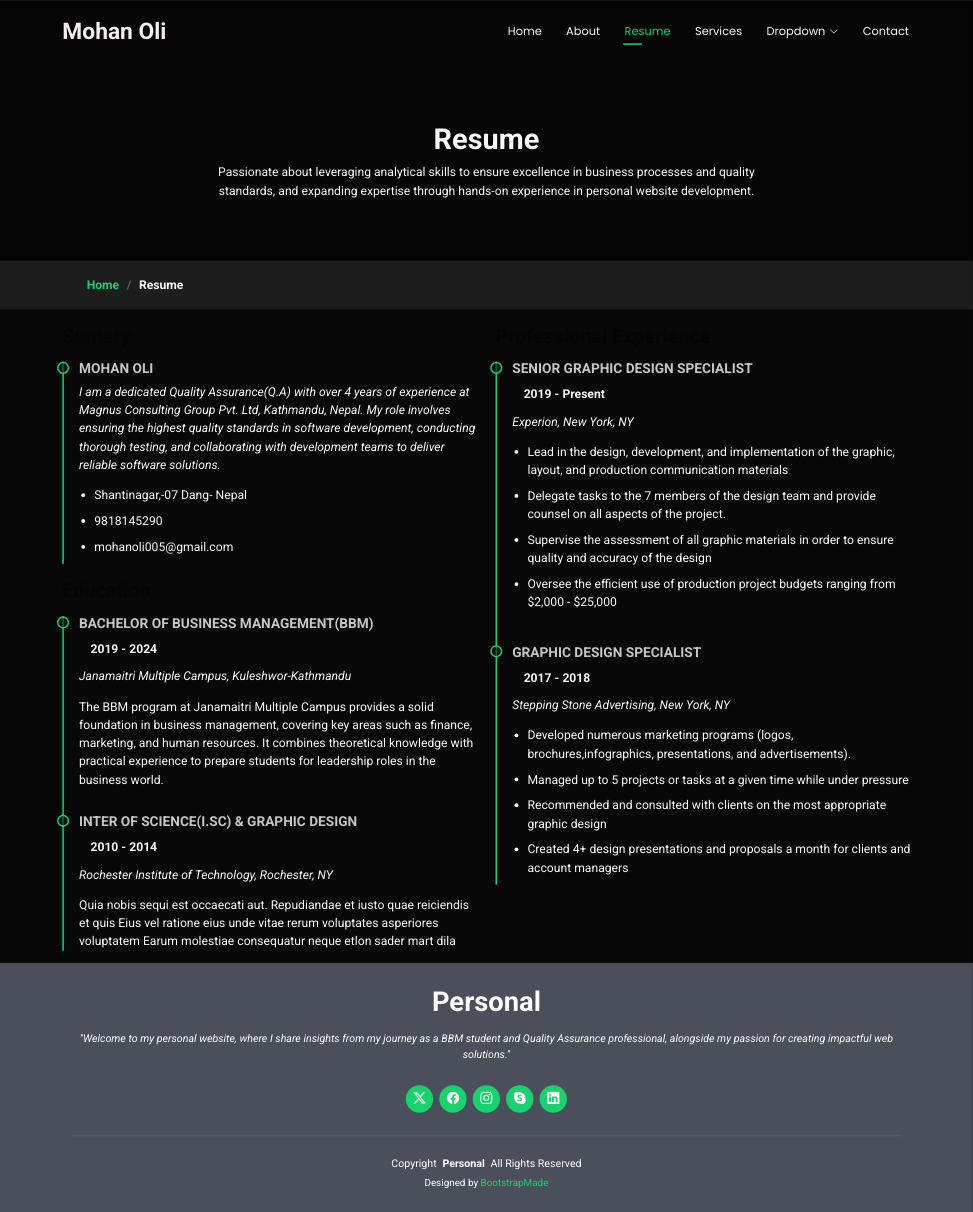
Repository: Mohanoli/mohan-git
Page: resume.html
These files come from the project's save history. The page is drawn as it stood at one moment and after the next save; the edit follows.
The browser window is 1280 px wide. The pictures show the whole page, at 76% of full size.

Above is the page before, as saved 2024-08-12 15:58:00.

### resume.html
<!DOCTYPE html>
<html lang="en">

<head>
  <meta charset="utf-8">
  <meta content="width=device-width, initial-scale=1.0" name="viewport">
  <title>olimohan.cpm.np</title>
  <meta name="description" content="">
  <meta name="keywords" content="">

  <!-- Favicons -->
  <link href="assets/img/favicon.png" rel="icon">
  <link href="assets/img/apple-touch-icon.png" rel="apple-touch-icon">

  <!-- Fonts -->
  <link href="https://fonts.googleapis.com" rel="preconnect">
  <link href="https://fonts.gstatic.com" rel="preconnect" crossorigin>
  <link href="https://fonts.googleapis.com/css2?family=Roboto:ital,wght@0,100;0,300;0,400;0,500;0,700;0,900;1,100;1,300;1,400;1,500;1,700;1,900&family=Poppins:ital,wght@0,100;0,200;0,300;0,400;0,500;0,600;0,700;0,800;0,900;1,100;1,200;1,300;1,400;1,500;1,600;1,700;1,800;1,900&family=Raleway:ital,wght@0,100;0,200;0,300;0,400;0,500;0,600;0,700;0,800;0,900;1,100;1,200;1,300;1,400;1,500;1,600;1,700;1,800;1,900&display=swap" rel="stylesheet">

  <!-- Vendor CSS Files -->
  <link href="assets/vendor/bootstrap/css/bootstrap.min.css" rel="stylesheet">
  <link href="assets/vendor/bootstrap-icons/bootstrap-icons.css" rel="stylesheet">
  <link href="assets/vendor/aos/aos.css" rel="stylesheet">
  <link href="assets/vendor/swiper/swiper-bundle.min.css" rel="stylesheet">
  <link href="assets/vendor/glightbox/css/glightbox.min.css" rel="stylesheet">

  <!-- Main CSS File -->
  <link href="assets/css/main.css" rel="stylesheet">

  <!-- =======================================================
  * Template Name: Personal
  * Template URL: https://bootstrapmade.com/personal-free-resume-bootstrap-template/
  * Updated: Aug 07 2024 with Bootstrap v5.3.3
  * Author: BootstrapMade.com
  * License: https://bootstrapmade.com/license/
  ======================================================== -->
</head>

<body class="resume-page">

  <header id="header" class="header d-flex align-items-center fixed-top">
    <div class="container-fluid container-xl position-relative d-flex align-items-center justify-content-between">

      <a href="index.html" class="logo d-flex align-items-center">
        <!-- Uncomment the line below if you also wish to use an image logo -->
        <!-- <img src="assets/img/logo.png" alt=""> -->
        <h1 class="sitename">Mohan Oli</h1>
      </a>

      <nav id="navmenu" class="navmenu">
        <ul>
          <li><a href="index.html">Home</a></li>
          <li><a href="about.html">About</a></li>
          <li><a href="resume.html" class="active">Resume</a></li>
          <li><a href="services.html">Services</a></li>

          <li class="dropdown"><a href="#"><span>Dropdown</span> <i class="bi bi-chevron-down toggle-dropdown"></i></a>
            <ul>
              <li><a href="#">Dropdown 1</a></li>
              <li class="dropdown"><a href="#"><span>Deep Dropdown</span> <i class="bi bi-chevron-down toggle-dropdown"></i></a>
                <ul>
                  <li><a href="#">Deep Dropdown 1</a></li>
                  <li><a href="#">Deep Dropdown 2</a></li>
                  <li><a href="#">Deep Dropdown 3</a></li>
                  <li><a href="#">Deep Dropdown 4</a></li>
                  <li><a href="#">Deep Dropdown 5</a></li>
                </ul>
              </li>
              <li><a href="#">Dropdown 2</a></li>
              <li><a href="#">Dropdown 3</a></li>
              <li><a href="#">Dropdown 4</a></li>
            </ul>
          </li>
          <li><a href="contact.html">Contact</a></li>
        </ul>
        <i class="mobile-nav-toggle d-xl-none bi bi-list"></i>
      </nav>

    </div>
  </header>

  <main class="main">

    <!-- Page Title -->
    <div class="page-title" data-aos="fade">
      <div class="heading">
        <div class="container">
          <div class="row d-flex justify-content-center text-center">
            <div class="col-lg-8">
              <h1>Resume</h1>
              <p class="mb-0"> Passionate about leveraging analytical skills to ensure excellence in business processes and quality standards, and expanding expertise through hands-on experience in personal website development.</p>
            </div>
          </div>
        </div>
      </div>
      <nav class="breadcrumbs">
        <div class="container">
          <ol>
            <li><a href="index.html">Home</a></li>
            <li class="current">Resume</li>
          </ol>
        </div>
      </nav>
    </div><!-- End Page Title -->

    <!-- Resume Section -->
    <section id="resume" class="resume section">

      <div class="container">

        <div class="row">

          <div class="col-lg-6" data-aos="fade-up" data-aos-delay="10">
            <h3 class="resume-title">Sumary</h3>

            <div class="resume-item pb-0">
              <h4>Mohan Oli</h4>
              <p><em>I am a dedicated Quality Assurance(Q.A) with over 4 years of experience at Magnus Consulting Group Pvt. Ltd, Kathmandu, Nepal. My role involves ensuring the highest quality standards in software development, conducting thorough testing, and collaborating with development teams to deliver reliable software solutions.</em></p>
              <ul>
                <li>Shantinagar,-07 Dang- Nepal</li>
                <li>9818145290</li>
                <li>mohanoli005@gmail.com</li>
              </ul>
            </div><!-- Edn Resume Item -->

            <h3 class="resume-title">Education</h3>
            <div class="resume-item">
              <h4>Bachelor of Business Management(BBM)</h4>
              <h5>2019 - 2024</h5>
              <p><em>Janamaitri Multiple Campus, Kuleshwor-Kathmandu</em></p>
              <p>The BBM program at Janamaitri Multiple Campus provides a solid foundation in business management, covering key areas such as finance, marketing, and human resources. It combines theoretical knowledge with practical experience to prepare students for leadership roles in the business world.</p>
            </div><!-- Edn Resume Item -->

            <div class="resume-item">
              <h4>Inter of Science(I.Sc) &amp; Graphic Design</h4>
              <h5>2010 - 2014</h5>
              <p><em>Rochester Institute of Technology, Rochester, NY</em></p>
              <p>Quia nobis sequi est occaecati aut. Repudiandae et iusto quae reiciendis et quis Eius vel ratione eius unde vitae rerum voluptates asperiores voluptatem Earum molestiae consequatur neque etlon sader mart dila</p>
            </div><!-- Edn Resume Item -->

          </div>

          <div class="col-lg-6" data-aos="fade-up" data-aos-delay="200">
            <h3 class="resume-title">Professional Experience</h3>
            <div class="resume-item">
              <h4>Senior graphic design specialist</h4>
              <h5>2019 - Present</h5>
              <p><em>Experion, New York, NY </em></p>
              <ul>
                <li>Lead in the design, development, and implementation of the graphic, layout, and production communication materials</li>
                <li>Delegate tasks to the 7 members of the design team and provide counsel on all aspects of the project. </li>
                <li>Supervise the assessment of all graphic materials in order to ensure quality and accuracy of the design</li>
                <li>Oversee the efficient use of production project budgets ranging from $2,000 - $25,000</li>
              </ul>
            </div><!-- Edn Resume Item -->

            <div class="resume-item">
              <h4>Graphic design specialist</h4>
              <h5>2017 - 2018</h5>
              <p><em>Stepping Stone Advertising, New York, NY</em></p>
              <ul>
                <li>Developed numerous marketing programs (logos, brochures,infographics, presentations, and advertisements).</li>
                <li>Managed up to 5 projects or tasks at a given time while under pressure</li>
                <li>Recommended and consulted with clients on the most appropriate graphic design</li>
                <li>Created 4+ design presentations and proposals a month for clients and account managers</li>
              </ul>
            </div><!-- Edn Resume Item -->

          </div>

        </div>

      </div>

    </section>


    <!-- /Resume Section -->

  </main>

  <footer id="footer" class="footer dark-background">
    <div class="container">
      <h3 class="sitename">Personal</h3>
      <p>"Welcome to my personal website, where I share insights from my journey as a BBM student and Quality Assurance professional, alongside my passion for creating impactful web solutions."</p>
      <div class="social-links d-flex justify-content-center">
        <a href=""><i class="bi bi-twitter-x"></i></a>
        <a href=""><i class="bi bi-facebook"></i></a>
        <a href=""><i class="bi bi-instagram"></i></a>
        <a href=""><i class="bi bi-skype"></i></a>
        <a href=""><i class="bi bi-linkedin"></i></a>
      </div>
      <div class="container">
        <div class="copyright">
          <span>Copyright</span> <strong class="px-1 sitename">Personal</strong> <span>All Rights Reserved</span>
        </div>
        <div class="credits">
          <!-- All the links in the footer should remain intact. -->
          <!-- You can delete the links only if you've purchased the pro version. -->
          <!-- Licensing information: https://bootstrapmade.com/license/ -->
          <!-- Purchase the pro version with working PHP/AJAX contact form: [buy-url] -->
          Designed by <a href="https://bootstrapmade.com/">BootstrapMade</a>
        </div>
      </div>
    </div>
  </footer>

  <!-- Scroll Top -->
  <a href="#" id="scroll-top" class="scroll-top d-flex align-items-center justify-content-center"><i class="bi bi-arrow-up-short"></i></a>

  <!-- Preloader -->
  <div id="preloader"></div>

  <!-- Vendor JS Files -->
  <script src="assets/vendor/bootstrap/js/bootstrap.bundle.min.js"></script>
  <script src="assets/vendor/php-email-form/validate.js"></script>
  <script src="assets/vendor/aos/aos.js"></script>
  <script src="assets/vendor/typed.js/typed.umd.js"></script>
  <script src="assets/vendor/purecounter/purecounter_vanilla.js"></script>
  <script src="assets/vendor/waypoints/noframework.waypoints.js"></script>
  <script src="assets/vendor/swiper/swiper-bundle.min.js"></script>
  <script src="assets/vendor/glightbox/js/glightbox.min.js"></script>
  <script src="assets/vendor/imagesloaded/imagesloaded.pkgd.min.js"></script>
  <script src="assets/vendor/isotope-layout/isotope.pkgd.min.js"></script>

  <!-- Main JS File -->
  <script src="assets/js/main.js"></script>

</body>

</html>

Loaded but not shown: assets/vendor/bootstrap/css/bootstrap.min.css (library); assets/vendor/bootstrap-icons/bootstrap-icons.css (library); assets/vendor/aos/aos.css (library); assets/vendor/swiper/swiper-bundle.min.css (library); assets/vendor/glightbox/css/glightbox.min.css (library); assets/vendor/bootstrap/js/bootstrap.bundle.min.js (library); assets/vendor/php-email-form/validate.js (common file); assets/vendor/aos/aos.js (library); assets/vendor/typed.js/typed.umd.js (library); assets/vendor/purecounter/purecounter_vanilla.js (library); assets/vendor/waypoints/noframework.waypoints.js (library); assets/vendor/swiper/swiper-bundle.min.js (library); assets/vendor/glightbox/js/glightbox.min.js (library); assets/vendor/imagesloaded/imagesloaded.pkgd.min.js (library); assets/vendor/isotope-layout/isotope.pkgd.min.js (library); assets/js/main.js (202 lines, source omitted); assets/css/main.css (1518 lines, source omitted)

After the next save:
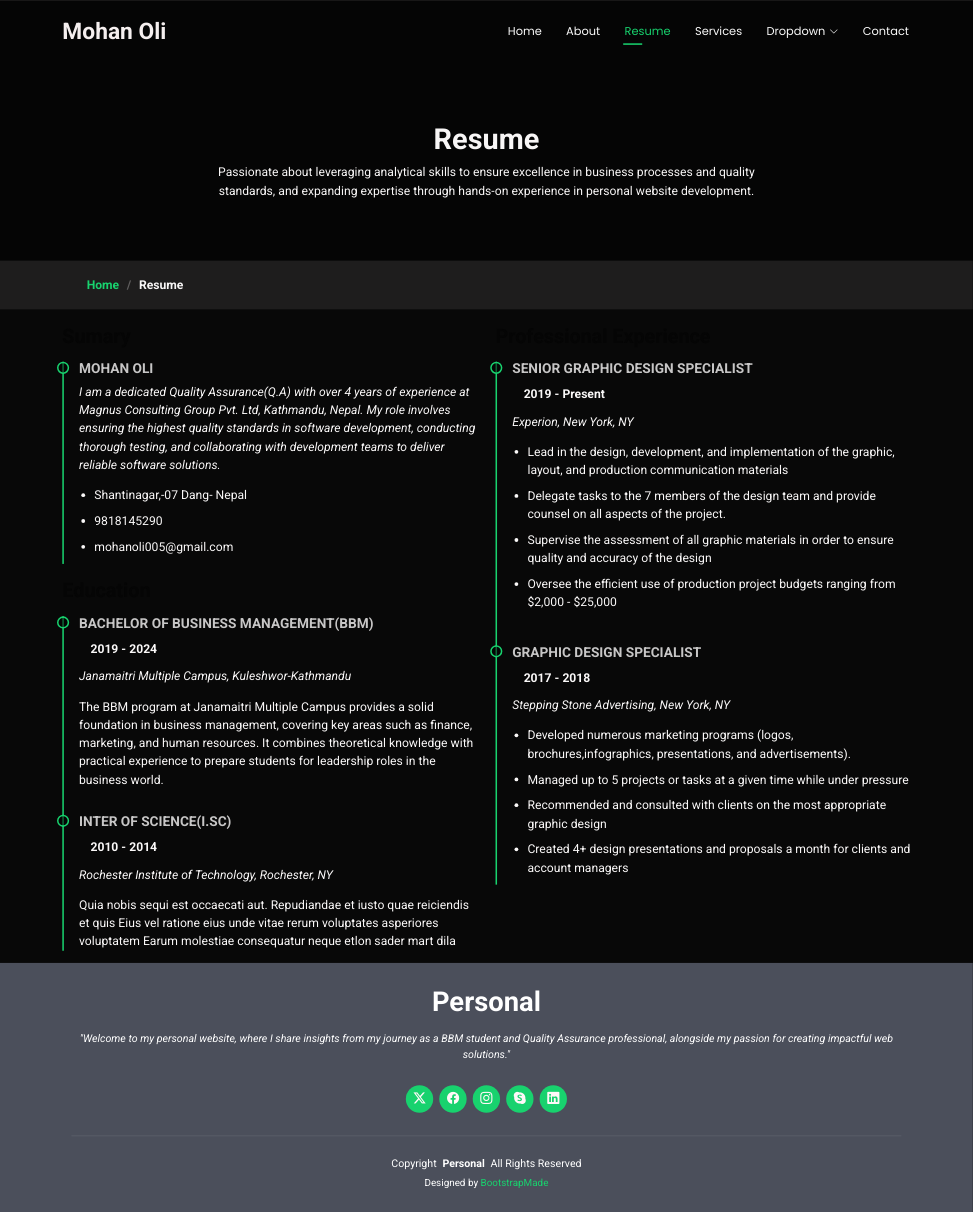
Saved 10 min 14 s later.
--- a/resume.html
+++ b/resume.html
@@ -132,7 +132,7 @@
             </div><!-- Edn Resume Item -->
 
             <div class="resume-item">
-              <h4>Inter of Science(I.Sc) &amp; Graphic Design</h4>
+              <h4>Inter of Science(I.Sc)</h4>
               <h5>2010 - 2014</h5>
               <p><em>Rochester Institute of Technology, Rochester, NY</em></p>
               <p>Quia nobis sequi est occaecati aut. Repudiandae et iusto quae reiciendis et quis Eius vel ratione eius unde vitae rerum voluptates asperiores voluptatem Earum molestiae consequatur neque etlon sader mart dila</p>
